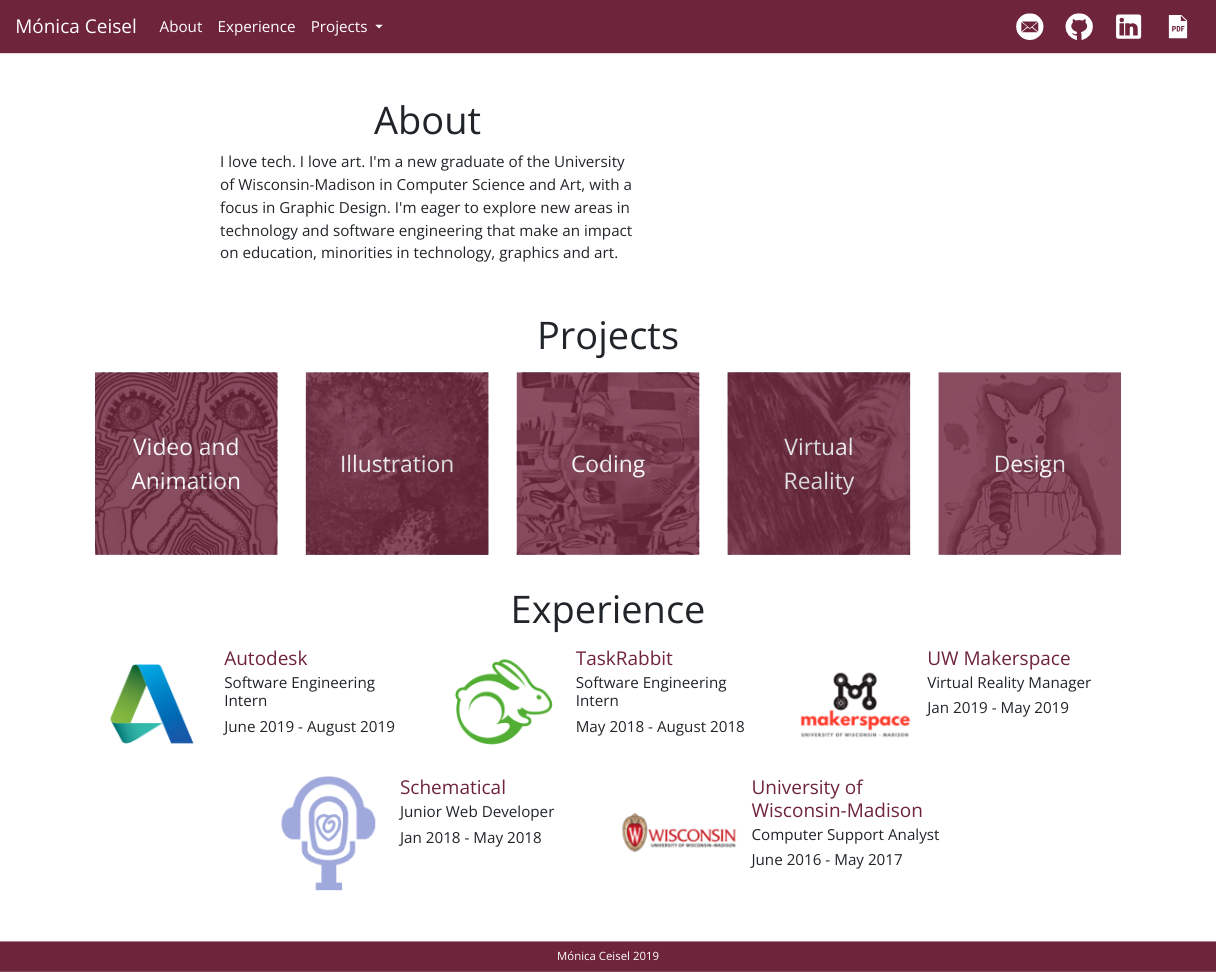
Repository: ceiselm/ceiselm.github.io
Page: index.html
The author's editor kept a copy of each file at every save. The page is drawn from the files as they stood at one save, then again after the next save.
The browser window is 1280 px wide. The pictures show the whole page, at 95% of full size.

Above is the page before, as saved 2019-08-07 23:02:27.

After the next save:
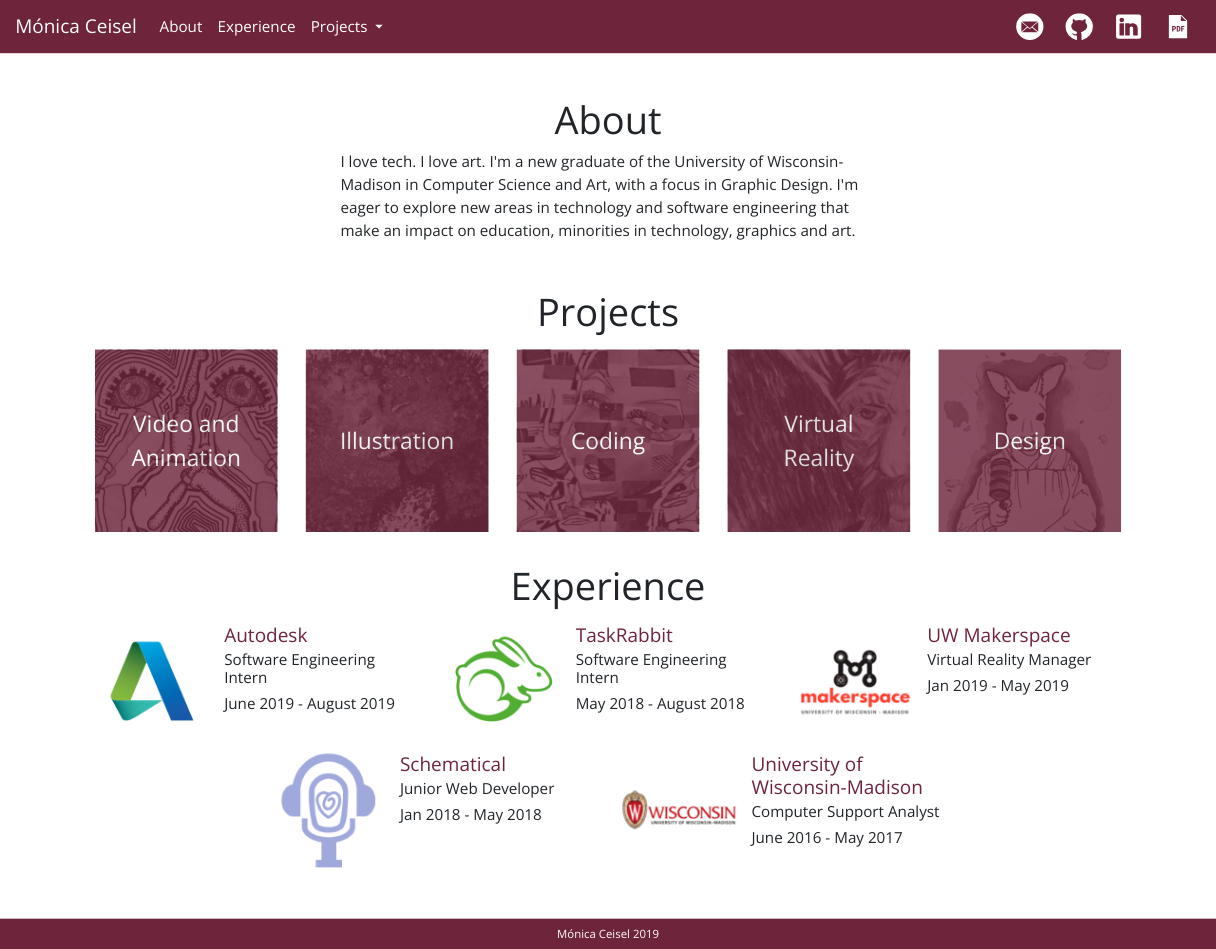
Saved 48 s later.
--- a/index.html
+++ b/index.html
@@ -73,8 +73,8 @@
     <!-- about START -->
     <div class="portion">
         <div class="container">
-            <div class="row">
-                <div class="col-8">
+            <div class="row justify-content-center">
+                <div class="col-10">
       <section>
         <div class="text-center mt-2">
           <div class="container">
